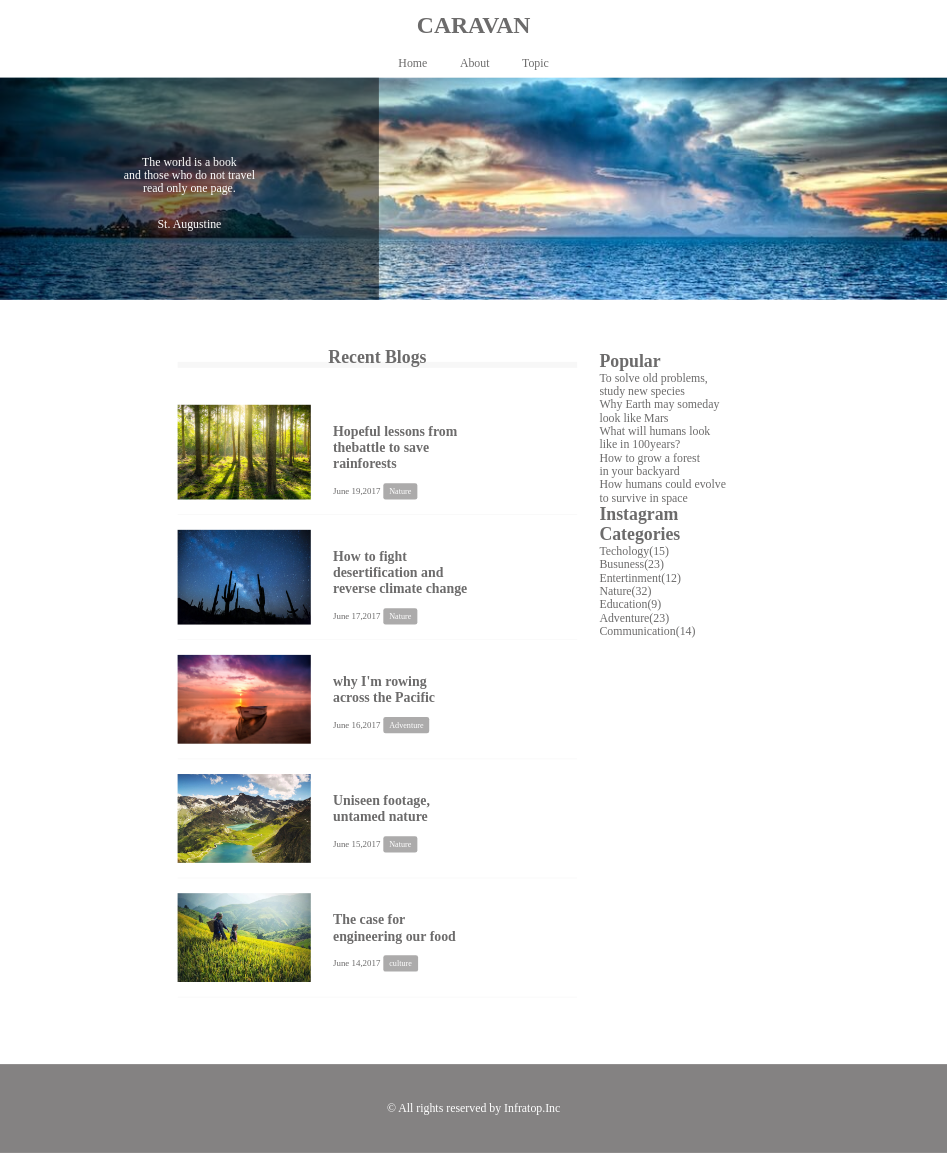
Repository: ego-boosting/html-practice1
Page: caravan/index.html
The author's editor kept a record of every edit. The page is drawn from the files as they stood at one moment, then again after the next edit.
The browser window is 1280 px wide. The pictures show the whole page, at 74% of full size.

Above is the page before.

### caravan/index.html
<!DOCTYPE html>
<html lang="ja">

  <head>
    <meta charset="UTF-8" />
    <link rel="stylesheet" href="style.css" />
    <title>CARAVAN</title>
  </head>

  <body>

    <header>
      <h1 class="heading">
        <a href="index.html">
          CARAVAN
        </a>

      </h1>
    </header>

    <nav>

      <ul class="nav-list">
        <li class="nav-list-item">
          <a href="index.html">Home</a>
        </li>
        <li class="nav-list-item">About</li>
        <li class="nav-list-item">Topic</li>

      </ul>

    </nav>


    <div class="main-visual">
      <div class="main-visual-content">

       <p class="main-visual-text">
         The world is a book<br/>
         and those who do not travel<br/>
         read only one page.
       </p>
       <p class="main-visual-name">
         St. Augustine
       </p>
       </div>
    </div>

    <main>

      <section class="blog">

       <h2 class="blog-heading">Recent Blogs</h2>

      <div class="blog-box">
       <div class="blog-item">
        <img class="blog-image"src="img/forest.jpg">
        <section class="blog-text">
         <h3 class="blog-text-heading">
          <a href="sigle.html">
               Hopeful lessons from<br/>
               thebattle to save<br/>
               rainforests
          </a>
         </h3>
         <p class="blog-date">June 19,2017</p>
         <span class="category">Nature</span>
        </section>
       </div>
       <div class="blog-item">
        <img class="blog-image"src="img/desert.jpg">
        <section class="blog-text">
         <h3 class ="blog-text-heading">
          <a href="sigle.html">
               How to fight<br/>
               desertification and<br/>
               reverse climate change
          </a>
         </h3>
         <p class="blog-date">June 17,2017</p>
         <span class="category">Nature</span>
        </section>
       </div>
       <div class="blog-item">
        <img class="blog-image"src="img/sunset.jpg">
        <section class="blog-text">
         <h3 class="blog-text-heading">
          <a href="sigle.html">
                why I'm rowing<br/>
                across the Pacific
          </a>
         </h3>
         <p class="blog-date">June 16,2017</p>
         <span class="category">Adventure</span>
        </section>
       </div>
       <div class="blog-item">
        <img class="blog-image"src="img/italy.jpg">
        <section class="blog-text">
         <h3 class="blog-text-heading">
          <a href="sigle.html">
                Uniseen footage,<br/>
                untamed nature
          </a>
         </h3>
         <p class="blog-date">June 15,2017</p>
         <span class="category">Nature</span>
        </section>
        </div>

        <div class="blog-item">
        <img class="blog-image"src="img/asia.jpg">
        <section class="blog-text">
         <h3 class="blog-text-heading">
          <a href="sigle.html">
                The case for<br/>
                engineering our food
          </a>
         </h3>
         <p class="blog-date">June 14,2017</p>
         <span class="category">culture</span>
         </section>
       </div>
       </div>
        </section>

        <div class="sidebar">
          <section class="popular">
            <h2 class="popular-heading common-heading">Popular</h2>
            <div class="sidebar-contents">
              <p class="popular-text">To solve old problems,<br>study new species</p>
              <p class="popular-text">Why Earth may someday<br>look like Mars</p>
              <p class="popular-text">What will humans look<br>like in 100years?</p>
              <p class="popular-text">How to grow a forest<br>in your backyard</p>
              <p class="popular-text">How humans could evolve<br>to survive in space</p>
            </div>
          </section>
          <section class="instagram">
            <h2 class="instagram-heading common-heading">Instagram</h2>
            <div class="siderbar-contents">
              <div class="instagram-box"></div>
              <div class="instagram-box"></div>
              <div class="instagram-box"></div>
              <div class="instagram-box"></div>
              <div class="instagram-box"></div>
              <div class="instagram-box"></div>
            </div>
          </section>
          <section class="categories">
            <h2 class="categories-heading common-heading">Categories</h2>
            <div class="sidebar-contents">
              <p class="categories-text">Techology(15)</p>
              <p class="categories-text">Busuness(23)</p>
              <p class="categories-text">Entertinment(12)</p>
              <p class="categories-text">Nature(32)</p>
              <P class="categories-text">Education(9)</P>
              <p class="categories-text">Adventure(23)</p>
              <p class="categories-text">Communication(14)</p>
            </div>
          </section>
        </div>

      </main>


    <footer>
      <p class="footer-text">© All rights reserved by Infratop.Inc️</p>
    </footer>
  </body>
</html>

### caravan/style.css
* {
  margin: 0;
  padding: 0;
  box-sizing: border-box;
  color:#6c6b6b;
}

a{
  text-decoration:none;
}

header{
  width:90%;
  padding:15px 0;
  margin:0 auto;
  text-align:center;
}

header.heading{
  font-size:32px;
}

.nav-list{
  text-align:center;
  padding:10px 0;
  margin:0 auto;
}

.nav-list-item{
  list-style:none;
  display:inline-block;
  margin:0 20px;
}

.main-visual {
  width: 100%;
  height: 300px;
  background-image:url(img/mv.jpg);
  background-size:cover;
  background-position:center;
}

.main-visual-content {
  width: 40%;
  height: 300px;
  background-color:rgba(0,0,0,0.5);
  text-align:center;
  padding-top:105px;
}

.main-visual-text{
  color:#fff;
}

.main-visual-name{
  margin-top:30px;
  color:#fff;
}

main{
  width:800px;
  display:flex;
  justify-content:center;
  margin:0 auto;
  padding:70px 0;
}

.blog {
  width:540px;
  margin-right:30px;
}

.blog-heading{
  border-bottom:8px solid#f7f7f7;
  text-align:center;
  line-height:0.6;
}

.blog-item{
  padding-bottom:20px;
  margin-bottom:20px;
  border-bottom:1px solid#f7f7f7;
  display:flex;
  justify-content:flex-start;
}

.blog-box{
  padding-top:50px;
}

.blog-image{
  width:180px;
}

.blog-text{
  padding:25px 0 0 30px;
}

.blog-text-heading{
  padding-bottom:15px;
}

.blog-date{
  font-size:12px;
  display:inline-block;
}

.category{
  display:inline-block;
  padding:5px 8px;
  background-color:#acabab;
  border-radius:3px;
  color:#fff;
  font-size:11px;
}

.sidebar {
  width:230px;
}

footer{
  width:100%;
  height:120px;
  text-align:center;
  line-height:120px;
  background-color:#848282;
}

.footer-text{
  color:#fff;
}

After the next edit:
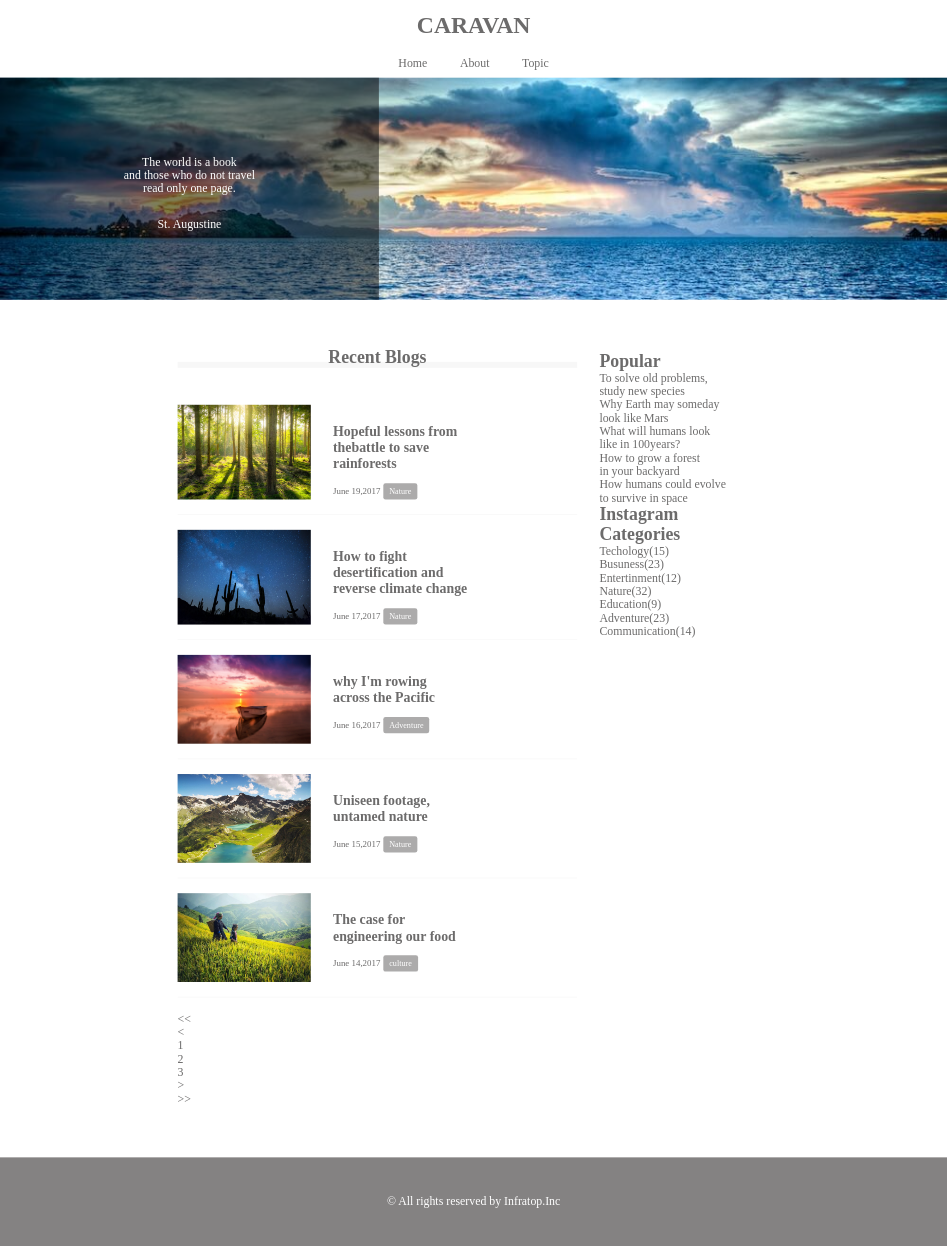
The edit:
--- a/caravan/index.html
+++ b/caravan/index.html
@@ -122,6 +122,15 @@
          </section>
        </div>
        </div>
+       <div class"pagination">
+         <p><<</p>
+         <p><</p>
+         <P>1</P>
+         <p>2</p>
+         <p>3</p>
+         <p>></p>
+         <P>>></P>
+       </div>
         </section>
 
         <div class="sidebar">
